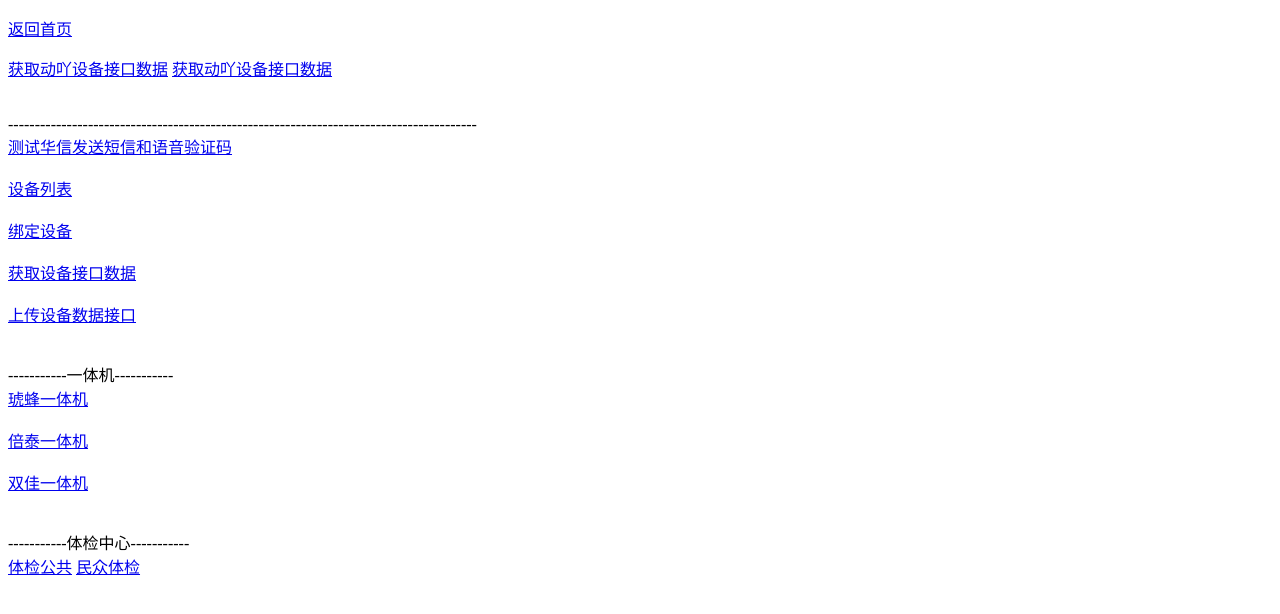
Repository: cyoung0731/ubuntu-dev-bak
Page: eclipse-workspace/haha/src/main/webapp/page/test/dongya/device.html
These files come from the project's save history. The page is drawn as it stood at one moment and after the next save; the edit follows.
The browser window is 1280 px wide. The pictures show the whole page.

Above is the page before, as saved 2016-11-25 07:12:38.

After the next save:
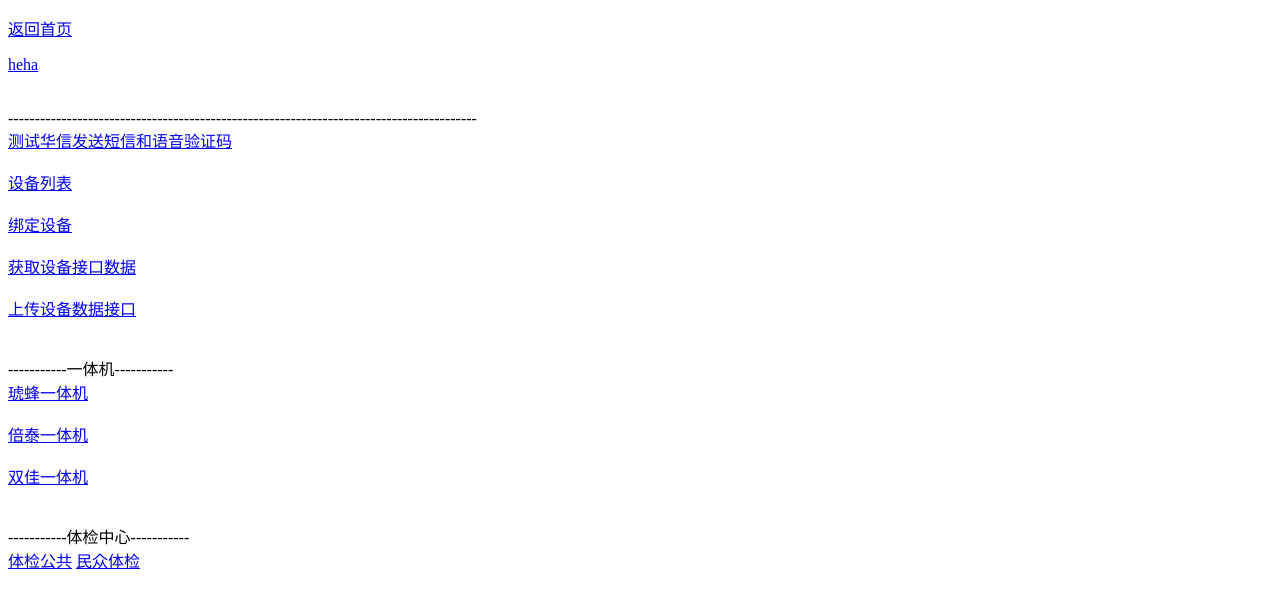
Saved 66 s later.
--- a/eclipse-workspace/haha/src/main/webapp/page/test/dongya/device.html
+++ b/eclipse-workspace/haha/src/main/webapp/page/test/dongya/device.html
@@ -18,8 +18,7 @@
 <div>
     <p><a href="/haha/index.html">返回首页</a></p>
 
-    <a href="/haha/page/test/dongya/dongya_get_device_data.html">获取动吖设备接口数据</a>
-    <a href="/haha/page/test/dongya/oauth/heha.html">获取动吖设备接口数据</a>
+    <a href="/haha/page/test/dongya/oauth/heha.html">heha</a>
     <br><br>
 
 
